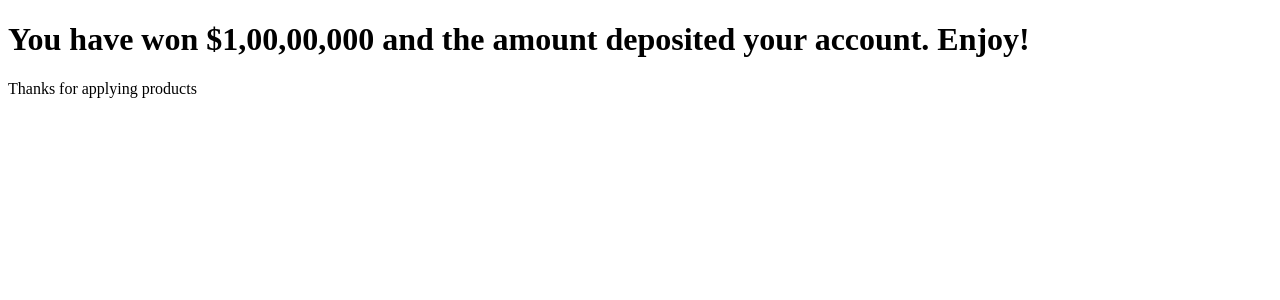
Repository: cb007/cbRepository
Page: http://localhost/SpringMvc/product
An editor plug-in stored every save of this project. The page is shown before and after the next save, followed by the edit.
The browser window is 1280 px wide. The pictures show the whole page.
The page is served by Tomcat 9. Other server files are loaded and not shown.

Above is the page before, as saved 2017-02-23 11:23:12.

### spring-hibernate/SpringMvc/WebContent/WEB-INF/dispatcher-servlet.xml
<beans xmlns="http://www.springframework.org/schema/beans"
 xmlns:xsi="http://www.w3.org/2001/XMLSchema-instance"
  xmlns:mvc="http://www.springframework.org/schema/mvc"
  xmlns:context="http://www.springframework.org/schema/context"
  xmlns:tx="http://www.springframework.org/schema/tx"
  xsi:schemaLocation="http://www.springframework.org/schema/mvc
   http://www.springframework.org/schema/mvc/spring-mvc-3.0.xsd
        http://www.springframework.org/schema/beans
         http://www.springframework.org/schema/beans/spring-beans.xsd
        http://www.springframework.org/schema/tx
         http://www.springframework.org/schema/tx/spring-tx-3.0.xsd
        http://www.springframework.org/schema/context
         http://www.springframework.org/schema/context/spring-context-3.0.xsd">

 <mvc:annotation-driven/>
 <context:annotation-config></context:annotation-config>
 <context:component-scan base-package="com.scope.banking"></context:component-scan>

 <!-- view resolver /WEB-INF -->
 <bean class="org.springframework.web.servlet.view.InternalResourceViewResolver">
 	<property name="suffix" value=".jsp"></property>
 </bean>

</beans>

### spring-hibernate/SpringMvc/WebContent/product.jsp
<%@ page language="java" contentType="text/html; charset=ISO-8859-1"
    pageEncoding="ISO-8859-1"%>
<!DOCTYPE html PUBLIC "-//W3C//DTD HTML 4.01 Transitional//EN" "http://www.w3.org/TR/html4/loose.dtd">
<html>
<head>
<meta http-equiv="Content-Type" content="text/html; charset=ISO-8859-1">
<title>Welcome To The World Of Banking</title>
</head>
<body>
<h1>You have won $1,00,00,000 and the amount deposited your account. Enjoy!</h1>
${message}
</body>
</html>

### spring-hibernate/SpringMvc/src/com/scope/banking/controller/WelcomeController.java
package com.scope.banking.controller;

import org.springframework.stereotype.Controller;
import org.springframework.ui.ModelMap;
import org.springframework.web.bind.annotation.RequestMapping;
import org.springframework.web.bind.annotation.RequestMethod;

@Controller
public class WelcomeController {
	@RequestMapping(value="/welcome", method=RequestMethod.GET)
	public String welcomeMessage(ModelMap model){
		System.out.println("/welcome");
		model.addAttribute("message", "Welcome to SCBInternetBanking");
		return "index";

	}

	@RequestMapping(value="/product", method=RequestMethod.GET)
	public String happyMessage(ModelMap model){
		System.out.println("/product");
		model.addAttribute("message", "Thanks for applying products");
		return "product";

	}
}

After the next save:
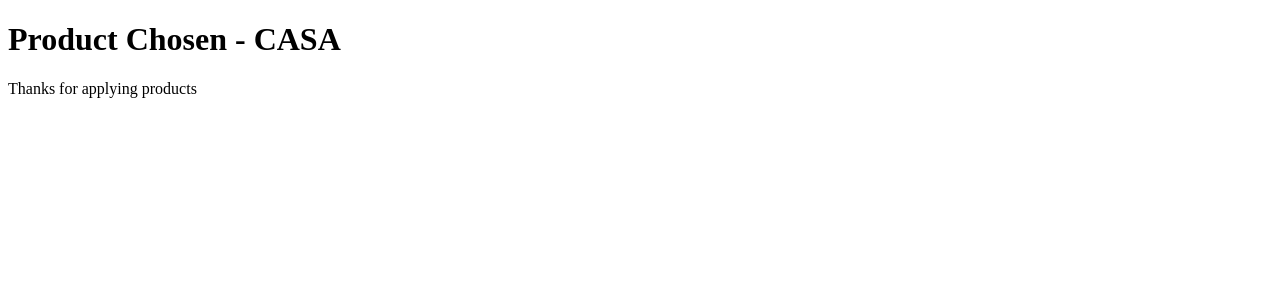
Saved 47 s later.
--- a/spring-hibernate/SpringMvc/WebContent/product.jsp
+++ b/spring-hibernate/SpringMvc/WebContent/product.jsp
@@ -4,10 +4,10 @@
 <html>
 <head>
 <meta http-equiv="Content-Type" content="text/html; charset=ISO-8859-1">
-<title>Welcome To The World Of Banking</title>
+<title>Welcome To The Product Page</title>
 </head>
 <body>
-<h1>You have won $1,00,00,000 and the amount deposited your account. Enjoy!</h1>
+<h1>Product Chosen - CASA</h1>
 ${message}
 </body>
 </html>
